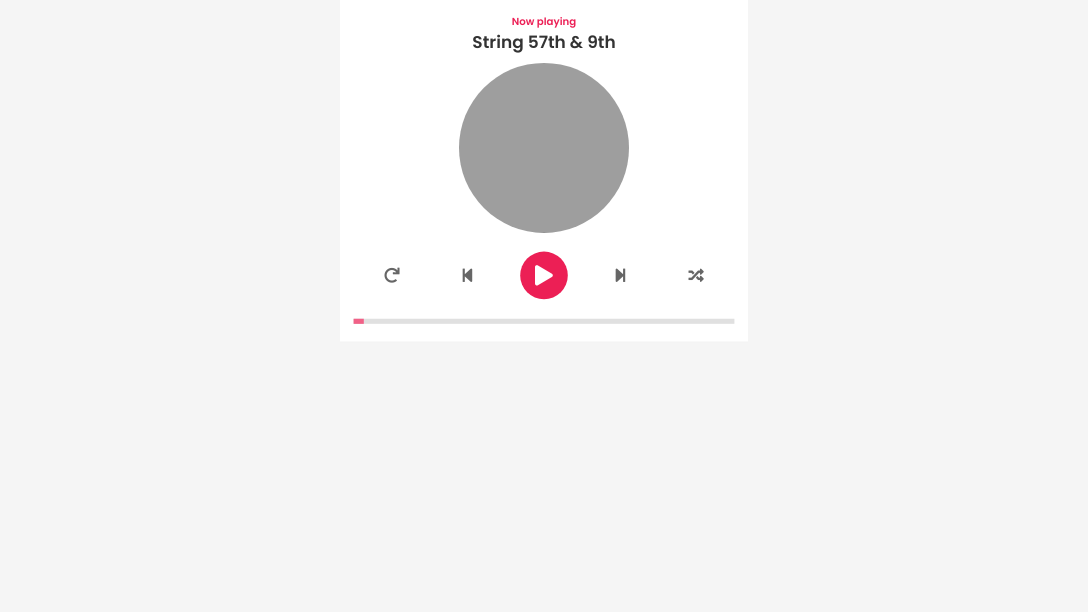
Repository: NBlue/Music_Player
Page: index.html
The author's editor kept a copy of each file at every save. The page is drawn from the files as they stood at one save, then again after the next save.
The browser window is 1280 px wide. The pictures show the whole page, at 85% of full size.
Pictures or frames that could not be fetched are drawn as grey boxes.

Above is the page before, as saved 2021-10-13 07:45:12.

### index.html
<!DOCTYPE html>
<html lang="en">
    <head>
        <meta charset="UTF-8" />
        <meta http-equiv="X-UA-Compatible" content="IE=edge" />
        <meta name="viewport" content="width=device-width, initial-scale=1.0" />
        <title>Music player</title>
        <link
            rel="stylesheet"
            href="https://cdnjs.cloudflare.com/ajax/libs/font-awesome/5.15.2/css/all.min.css"
            integrity="sha512-HK5fgLBL+xu6dm/Ii3z4xhlSUyZgTT9tuc/hSrtw6uzJOvgRr2a9jyxxT1ely+B+xFAmJKVSTbpM/CuL7qxO8w=="
            crossorigin="anonymous"
        />
        <link rel="preconnect" href="https://fonts.gstatic.com" />
        <link
            href="https://fonts.googleapis.com/css2?family=Poppins:wght@300;400;600&display=swap"
            rel="stylesheet"
        />

        <link rel="stylesheet" href="./assets/css/style.css" />
    </head>
    <body>
        <div class="player">
            <!-- Dashboard - Bảng điều khiển -->
            <div class="dashboard">
                <!-- Header -->
                <header>
                    <h4>Now playing</h4>
                    <h2>String 57th & 9th</h2>
                </header>

                <!-- CD -->
                <div class="cd">
                    <div
                        class="cd-thumb"
                        style="
                            background-image: url(https://i.ytimg.com/vi/jTLhQf5KJSc/maxresdefault.jpg);
                        "
                    ></div>
                </div>

                <!-- Control -->
                <div class="control">
                    <div class="btn btn-repeat">
                        <i class="fas fa-redo"></i>
                    </div>
                    <div class="btn btn-prev">
                        <i class="fas fa-step-backward"></i>
                    </div>
                    <div class="btn btn-toggle-play">
                        <i class="fas fa-pause icon-pause"></i>
                        <i class="fas fa-play icon-play"></i>
                    </div>
                    <div class="btn btn-next">
                        <i class="fas fa-step-forward"></i>
                    </div>
                    <div class="btn btn-random">
                        <i class="fas fa-random"></i>
                    </div>
                </div>

                <input
                    type="range"
                    id="progress"
                    class="progress"
                    value="0"
                    step="1"
                    min="0"
                    max="100"
                />

                <audio src="" id="audio"></audio>
            </div>

            <!-- Playlist -->
            <div class="playlist">
                <!-- <div class="song">
                    <div
                        class="thumb"
                        style="
                            background-image: url(https://i.ytimg.com/vi/jTLhQf5KJSc/maxresdefault.jpg);
                        "
                    ></div>
                    <div class="body">
                        <h3 class="title">Music name</h3>
                        <p class="author">Singer</p>
                    </div>
                    <div class="option">
                        <i class="fas fa-ellipsis-h"></i>
                    </div>
                </div>
                <div class="song">
                    <div
                        class="thumb"
                        style="
                            background-image: url(https://i.ytimg.com/vi/jTLhQf5KJSc/maxresdefault.jpg);
                        "
                    ></div>
                    <div class="body">
                        <h3 class="title">Music name</h3>
                        <p class="author">Singer</p>
                    </div>
                    <div class="option">
                        <i class="fas fa-ellipsis-h"></i>
                    </div>
                </div>
                <div class="song">
                    <div
                        class="thumb"
                        style="
                            background-image: url(https://i.ytimg.com/vi/jTLhQf5KJSc/maxresdefault.jpg);
                        "
                    ></div>
                    <div class="body">
                        <h3 class="title">Music name</h3>
                        <p class="author">Singer</p>
                    </div>
                    <div class="option">
                        <i class="fas fa-ellipsis-h"></i>
                    </div>
                </div> -->
            </div>
        </div>

        <!-- SCRIPT -->
        <script src="./main.js"></script>
    </body>
</html>

### assets/css/style.css
:root {
    --primary-color: #ec1f55;
    --text-color: #333;
}

* {
    padding: 0;
    margin: 0;
    box-sizing: inherit;
}

body {
    background-color: #f5f5f5;
}

html {
    box-sizing: border-box;
    font-family: "Poppins", sans-serif;
}

.player {
    position: relative;
    max-width: 480px;
    margin: 0 auto;
}

.player .icon-pause {
    display: none;
}

.player.playing .icon-pause {
    display: inline-block;
}

.player.playing .icon-play {
    display: none;
}

.dashboard {
    padding: 16px 16px 14px;
    background-color: #fff;
    position: fixed;
    top: 0;
    width: 100%;
    max-width: 480px;
    border-bottom: 1px solid #ebebeb;
}

/* HEADER */
header {
    text-align: center;
    margin-bottom: 10px;
}

header h4 {
    color: var(--primary-color);
    font-size: 12px;
}

header h2 {
    color: var(--text-color);
    font-size: 20px;
}

/* CD */
.cd {
    display: flex;
    margin: auto;
    width: 200px;
}

.cd-thumb {
    width: 100%;
    padding-bottom: 100%;
    border-radius: 50%;
    background-color: #333;
    background-size: cover;
    margin: auto;
}

/* CONTROL */
.control {
    display: flex;
    align-items: center;
    justify-content: space-around;
    padding: 18px 0 8px 0;
}

.control .btn {
    color: #666;
    padding: 18px;
    font-size: 18px;
}

.control .btn.active {
    color: var(--primary-color);
}

.control .btn-toggle-play {
    width: 56px;
    height: 56px;
    border-radius: 50%;
    font-size: 24px;
    color: #fff;
    display: flex;
    align-items: center;
    justify-content: center;
    background-color: var(--primary-color);
}

.progress {
    width: 100%;
    height: 6px;
    -webkit-appearance: none; /*ẩn cái thanh process*/
    background-color: #d3d3d3;
    outline: none;
    opacity: 0.7;
    -webkit-transition: 0.2s;
    transition: opacity 0.2s;
}

.progress::-webkit-slider-thumb {
    /* Css cho cái nút tròn tròn thành hình khác: thumb - ngón tay*/
    -webkit-appearance: none;
    appearance: none;
    width: 12px;
    height: 6px;
    background-color: var(--primary-color);
    cursor: pointer;
}

/* PLAYLIST */
.playlist {
    margin-top: 408px; /* Vì cái dashbroad được fixed nên nó chồi lên trên*/
}

.song {
    display: flex;
    align-items: center;
    margin-bottom: 12px;
    background-color: #fff;
    padding: 8px 16px;
    border-radius: 5px;
    box-shadow: 0 2px 3px rgba(0, 0, 0, 0.1);
}
.song.active {
    background-color: var(--primary-color);
}

.song:active {
    opacity: 0.8;
}

.song.active .option,
.song.active .author,
.song.active .title {
    color: #fff;
}
.song .thumb {
    width: 44px;
    height: 44px;
    border-radius: 50%;
    background-size: cover;
    margin: 0 8px;
}

.song .body {
    flex: 1;
    padding: 0 16px;
}

.title {
    font-size: 18px;
    color: var(--text-color);
}

.song .author {
    font-size: 12px;
    color: #999;
}

.song .option {
    padding: 16px 8px;
    color: #999;
    font-size: 18px;
}

### main.js
/**
 * CÔNG VIỆC PHẢI LÀM:
 * 1. Render songs
 * 2. Scroll top
 * 3. Play / pause / seek
 * 4. CD rotate
 * 5. Next / prev
 * 6. Random
 * 7. Next / Repeat when ended
 * 8. Active song
 * 9. Scroll active song into view
 * 10. Play song when click
 */

const $ = document.querySelector.bind(document);
const $$ = document.querySelectorAll.bind(document);

const app = {
    songs: [
        {
            name: "Axel F",
            singer: "Crazy Frog",
            path: "./assets/music/Song1.mp3",
            image: "./assets/img/Song1.jpg",
        },
        {
            name: "Lạnh Lẽo",
            singer: "Aska Yang",
            path: "./assets/music/Song2.mp3",
            image: "./assets/img/Song2.jpg",
        },
        {
            name: "Mình cùng nhau đóng băng",
            singer: "Thùy Chi",
            path: "./assets/music/Song3.mp3",
            image: "./assets/img/Song3.jpg",
        },
        {
            name: "My Love",
            singer: "Westlife",
            path: "./assets/music/Song4.mp3",
            image: "./assets/img/Song4.jpg",
        },
        {
            name: "Nevada",
            singer: "Victone",
            path: "./assets/music/Song5.mp3",
            image: "./assets/img/Song5.jpg",
        },
        {
            name: "Sai người sai thời điểm",
            singer: "Thanh Hưng",
            path: "./assets/music/Song6.mp3",
            image: "./assets/img/Song6.jpg",
        },
        {
            name: "Summertime",
            singer: "K-391",
            path: "./assets/music/Song7.mp3",
            image: "./assets/img/Song7.jpg",
        },
        {
            name: "Sunshine in the rain",
            singer: "Ryan Farish",
            path: "./assets/music/Song8.mp3",
            image: "./assets/img/Song8.jpg",
        },
        {
            name: "The Fat Rat",
            singer: "Xenogenesis",
            path: "./assets/music/Song9.mp3",
            image: "./assets/img/Song9.jpg",
        },
        {
            name: "What is Love",
            singer: "Lost Frequencies",
            path: "./assets/music/Song10.mp3",
            image: "./assets/img/Song10.jpg",
        },
    ],
    render: function () {
        // console.log(123);
        const html = this.songs.map((song) => {
            return `
                <div class="song">
                    <div
                        class="thumb"
                        style="
                            background-image: url(${song.image});
                        "
                    ></div>
                    <div class="body">
                        <h3 class="title">${song.name}</h3>
                        <p class="author">${song.singer}</p>
                    </div>
                    <div class="option">
                        <i class="fas fa-ellipsis-h"></i>
                    </div>
                </div>
            `;
        });
        // console.log(html);
        // const htmls =
    },
    start: function () {
        this.render();
    },
};
app.start();

After the next save:
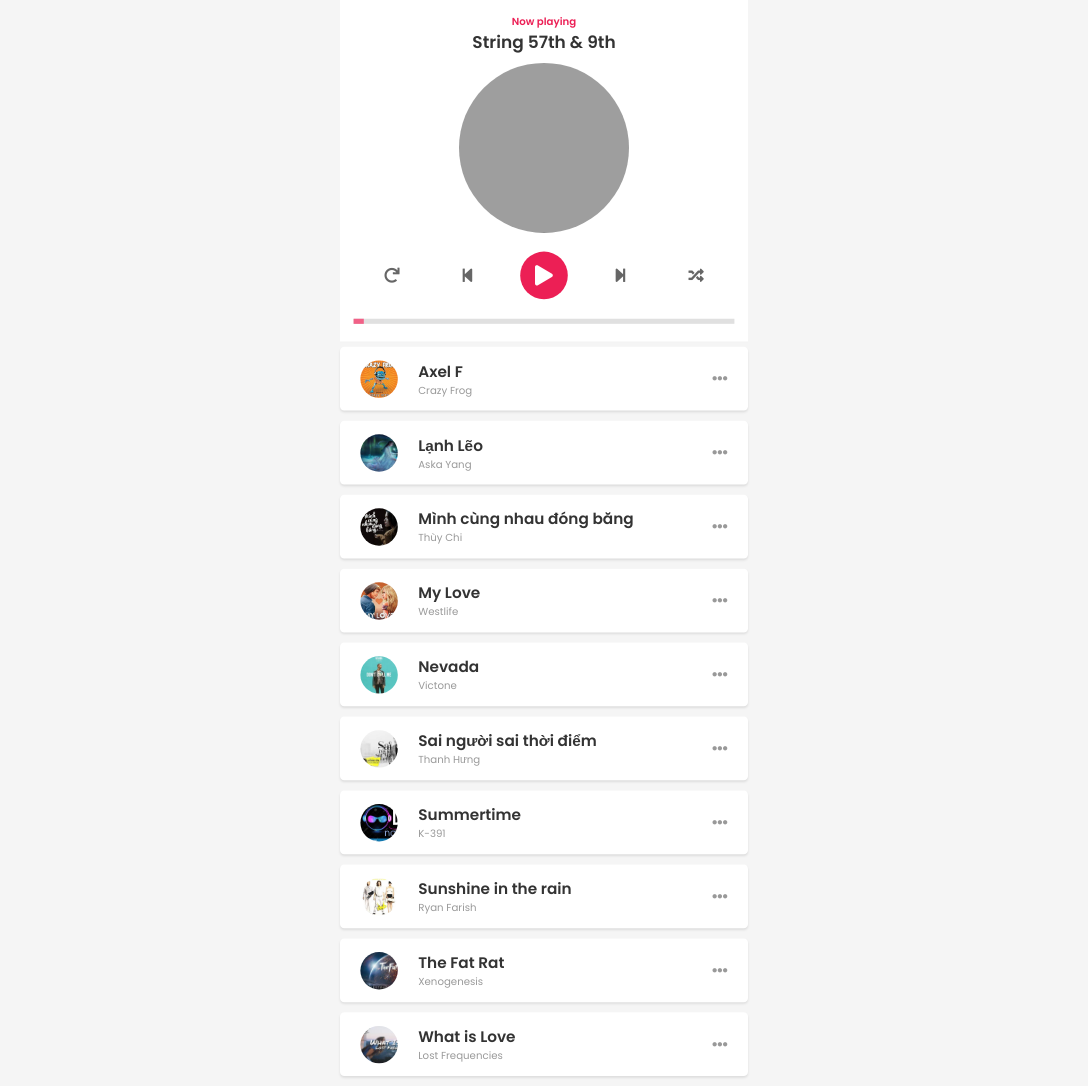
Saved 80 s later.
--- a/main.js
+++ b/main.js
@@ -100,7 +100,7 @@ const app = {
             `;
         });
         // console.log(html);
-        // const htmls =
+        $(".playlist").innerHTML = html.join("");
     },
     start: function () {
         this.render();
